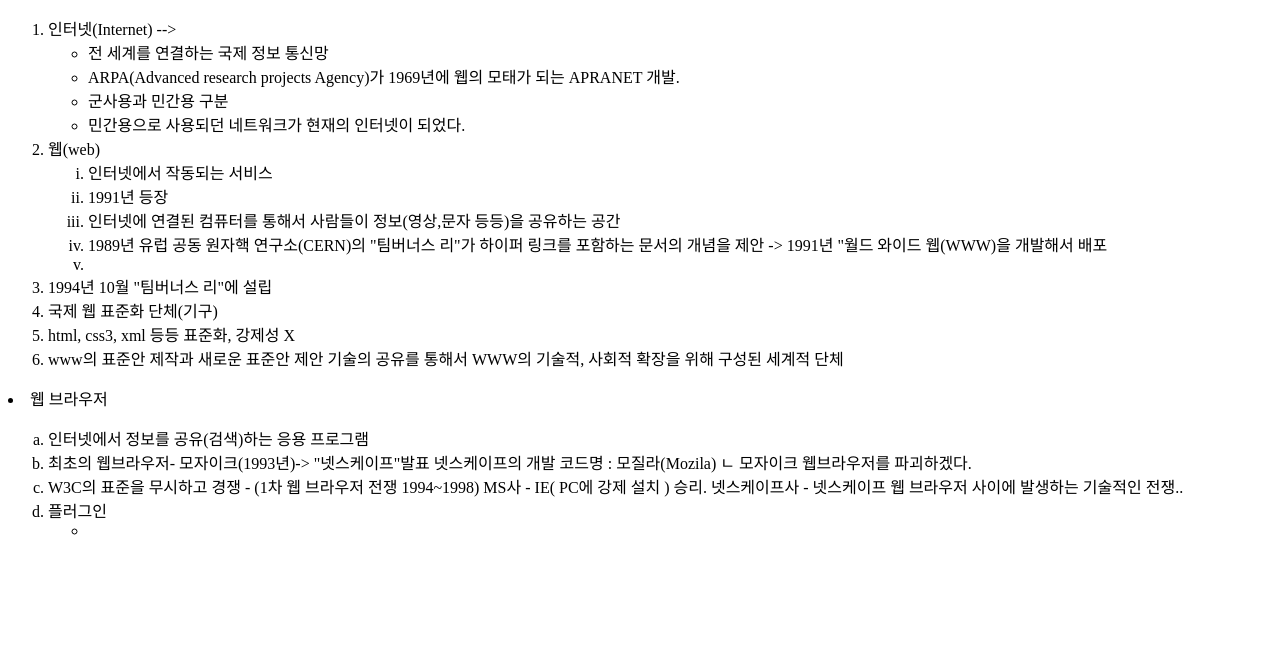
Repository: donggri1/WORKSPACE
Page: WebClass/webPro/src/main/webapp/html/days01/Ex01.html
An editor plug-in stored every save of this project. The page is shown before and after the next save, followed by the edit.
The browser window is 1280 px wide. The pictures show the whole page.

Above is the page before, as saved 2024-03-22 07:15:23.

### WebClass/webPro/src/main/webapp/html/days01/Ex01.html
<!DOCTYPE html>
<html>
<head>
<meta charset="UTF-8">
<title>Insert title here</title>
</head>
<body>
 <!-- ol>li*3 -->
 <ol>
 	<li>인터넷(Internet)
<!--  		ul>li*4 ctrl Shift /,\,c--> -->
 		<ul>
 			<li>전 세계를 연결하는 국제 정보 통신망</li>
 			<li>ARPA(Advanced research projects Agency)가
 			1969년에 웹의 모태가 되는 APRANET 개발.</li>
 			<li>군사용과 민간용 구분</li>
 			<li>민간용으로 사용되던 네트워크가 현재의 인터넷이 되었다.</li>
 		</ul>
 	</li>
	<li>웹(web)
	  <ol type="i">
		<li>인터넷에서 작동되는 서비스</li>
		<li>1991년 등장</li>
		<li>인터넷에 연결된 컴퓨터를 통해서
		사람들이 정보(영상,문자 등등)을 공유하는 공간</li>
		<li>1989년 유럽 공동 원자핵 연구소(CERN)의 "팀버너스 리"가
		하이퍼 링크를 포함하는 문서의 개념을 제안 ->
		1991년 "월드 와이드 웹(WWW)을 개발해서 배포</li>
		<li></li>
	</ol>
		<li>1994년 10월 "팀버너스 리"에 설립</li>
		<li>국제 웹 표준화 단체(기구)</li>
		<li>html, css3, xml 등등 표준화, 강제성 X</li>
		<li>www의 표준안 제작과 새로운 표준안
		제안 기술의 공유를 통해서 WWW의 기술적, 사회적
		확장을 위해 구성된 세계적 단체</li>
 	</ol>
 	</li>
 	<li>웹 브라우저
 		<ol type="a">
 		<li>인터넷에서 정보를 공유(검색)하는 응용 프로그램</li>
 		<li>최초의 웹브라우저- 모자이크(1993년)-> "넷스케이프"발표
 			넷스케이프의 개발 코드명 : 모질라(Mozila)
 								 ㄴ 모자이크 웹브라우저를 파괴하겠다.
 		</li>
 		<li>W3C의 표준을 무시하고 경쟁 - (1차 웹 브라우저 전쟁 1994~1998)
 			MS사 - IE(   PC에 강제 설치   ) 승리.
 			넷스케이프사 - 넷스케이프

 			웹 브라우저 사이에 발생하는 기술적인 전쟁..
 		</li>
 		<li> 플러그인
 			<ul>
 				<li></li>

 			</ul>

 		</li>
 		</ol>

 	</li>
</body>
</html>

After the next save:
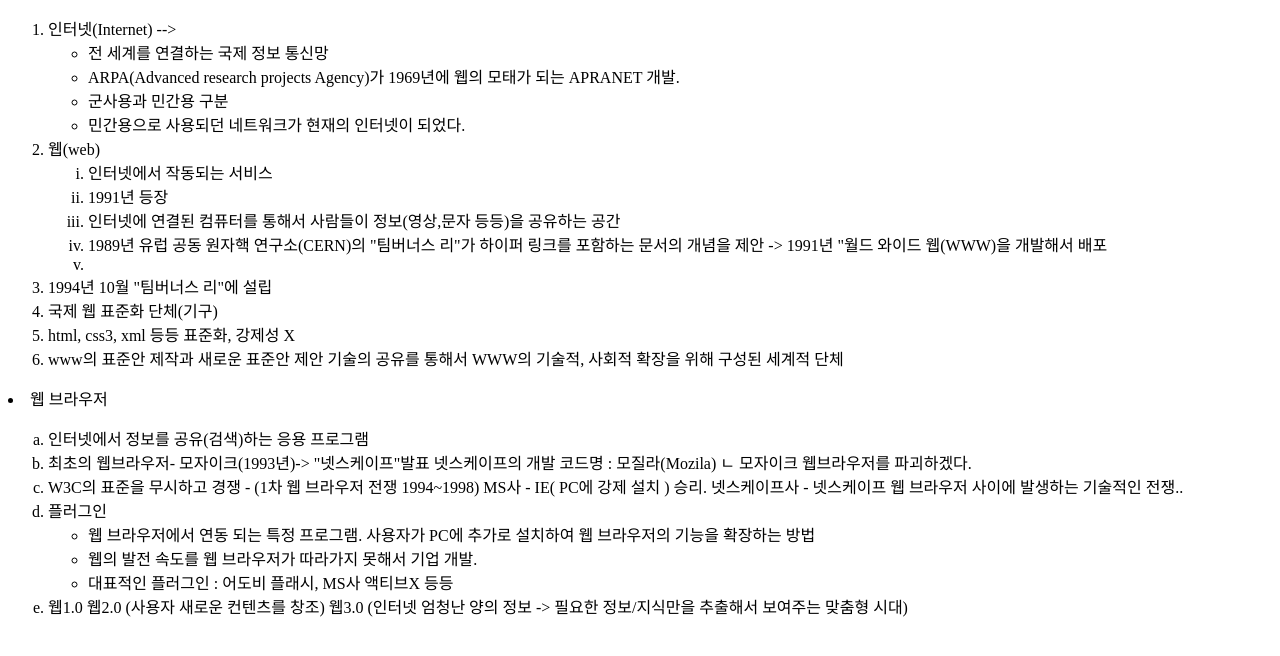
Saved 6 min 14 s later.
--- a/WebClass/webPro/src/main/webapp/html/days01/Ex01.html
+++ b/WebClass/webPro/src/main/webapp/html/days01/Ex01.html
@@ -51,13 +51,21 @@
  		</li>
  		<li> 플러그인
  			<ul>
- 				<li></li>
-
+ 				<li>웹 브라우저에서 연동 되는 특정 프로그램.
+ 					사용자가 PC에 추가로 설치하여 웹 브라우저의 기능을
+ 					확장하는 방법 </li>
+ 				<li>웹의 발전 속도를 웹 브라우저가 따라가지 못해서
+ 				기업 개발.</li>
+ 				<li>대표적인 플러그인 : 어도비 플래시, MS사 액티브X 등등
+ 				</li>
  			</ul>
-
+ 		</li>
+ 		<li>웹1.0
+ 			웹2.0 (사용자 새로운 컨텐츠를 창조)
+ 			웹3.0 (인터넷 엄청난 양의 정보 ->
+ 				필요한 정보/지식만을 추출해서 보여주는 맞춤형 시대)
  		</li>
  		</ol>
-
  	</li>
 </body>
 </html>
